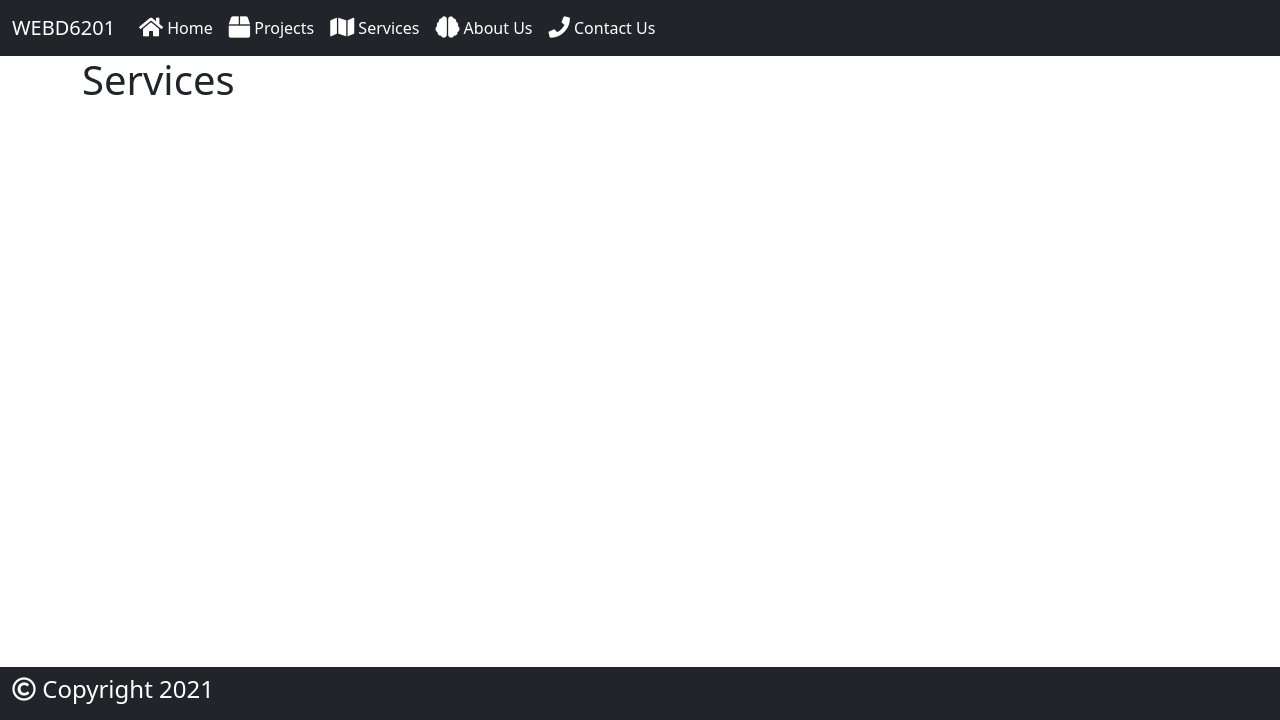
Repository: AshokSasi/WEBD6201-ASasi-JYuan-Lab2
Page: services.html
The author's editor kept a copy of each file at every save. The page is drawn from the files as they stood at one save, then again after the next save.
The browser window is 1280 px wide. The pictures show the whole page.

Above is the page before, as saved 2021-01-28 21:09:42.

After the next save:
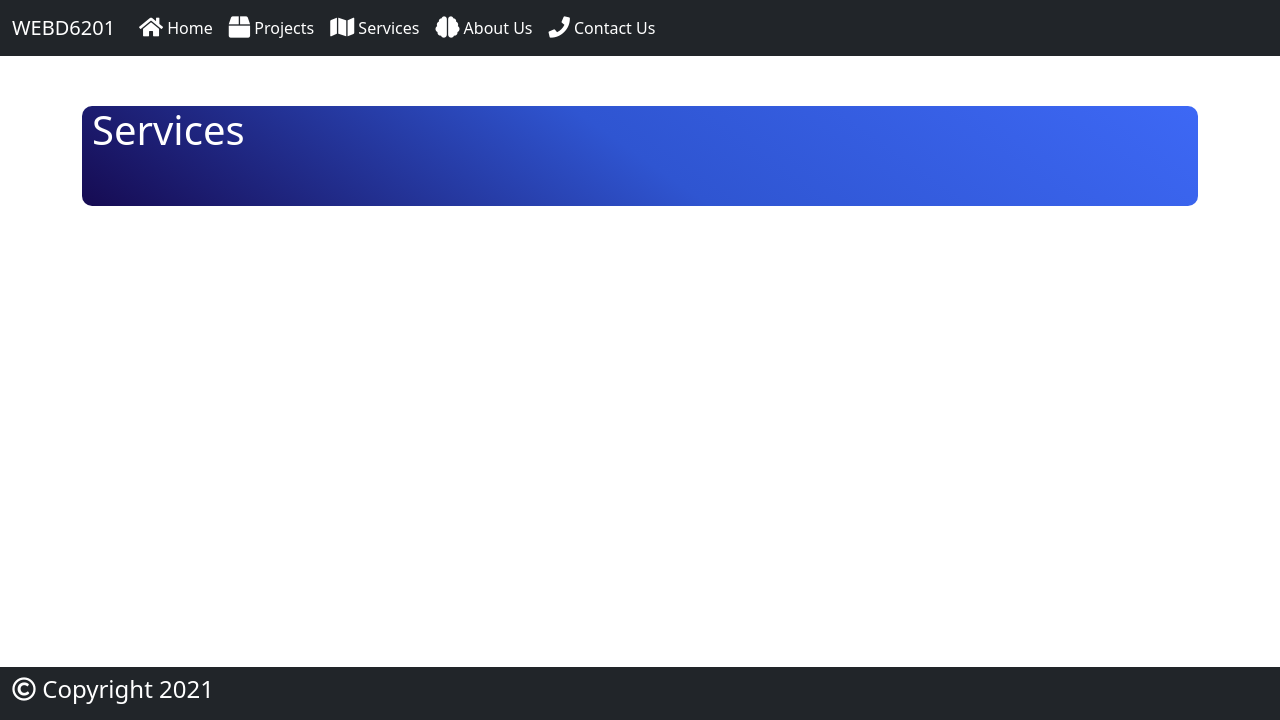
Saved 10 s later.
--- a/services.html
+++ b/services.html
@@ -45,7 +45,7 @@
 
     <!-- Main Content-->
     <main class="container">
-        <h1>Services</h1>
+        <h1 class="gradientBg">Services</h1>
 
 
     </main>
